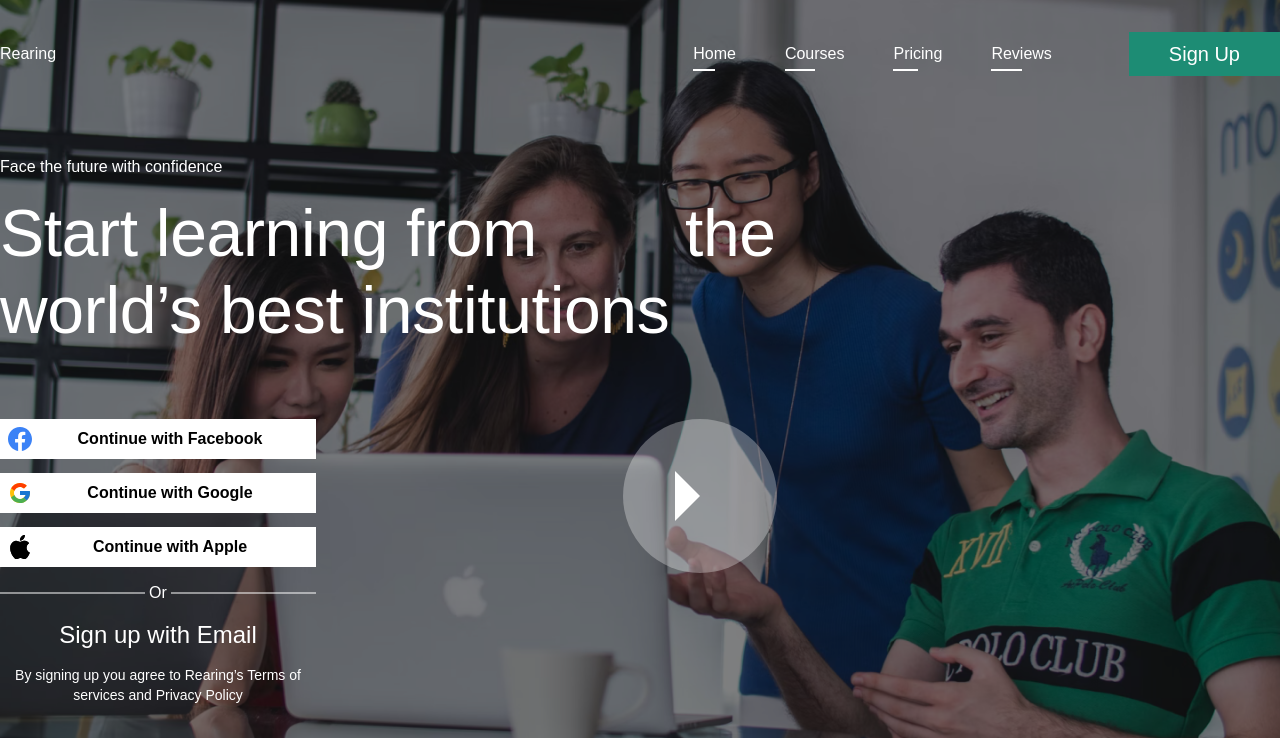
Repository: vandangnhathung/educationplatform
Page: /
The author's editor kept a copy of each file at every save. The page is drawn from the files as they stood at one save, then again after the next save.
The browser window is 1280 px wide. The pictures show the whole page.
The project was rebuilt for these pictures with package versions that can differ from the ones it lists, and the page was loaded fresh each time.

Above is the page before, as saved 2022-06-21 00:14:43.

### src/index.js
import React from "react";
import ReactDOM from "react-dom/client";
import App from "./App";
import reportWebVitals from "./reportWebVitals";
import "./index.css";
const root = ReactDOM.createRoot(document.getElementById("root"));
root.render(
  <React.StrictMode>
    <App />
  </React.StrictMode>
);

// If you want to start measuring performance in your app, pass a function
// to log results (for example: reportWebVitals(console.log))
// or send to an analytics endpoint. Learn more: https://bit.ly/CRA-vitals
reportWebVitals();

### src/App.js
import Header from "./components/Header";

function App() {
  return (
    <>
      <Header></Header>
    </>
  );
}

export default App;

### src/index.css
@tailwind base;
@tailwind components;
@tailwind utilities;
@import url("https://fonts.googleapis.com/css2?family=Urbanist:wght@100;200;300;400;500;600;700;800&display=swap");
*,
*::before,
*::after {
  box-sizing: border-box;
}
* {
  margin: 0;
  padding: 0;
}

html,
body {
  height: 100%;
}
body {
  line-height: 1.5;
  font-family: "Urbanist", sans-serif;
}

img,
picture,
video,
canvas,
svg {
  display: block;
  max-width: 100%;
}
input,
button,
textarea,
select {
  font: inherit;
  outline: none;
}
p,
h1,
h2,
h3,
h4,
h5,
h6 {
  overflow-wrap: break-word;
}

.container {
  max-width: 1280px;
  margin: 0 auto;
  width: 100%;
}

.active {
  position: relative;
}

.active::before {
  content: "";
  display: block;
  position: absolute;
  bottom: -5px;
  width: 50%;
  padding: 1px;
  left: 0;
  background-color: #fff;
}

### src/components/Header.js
import React, { useEffect } from "react";
import headerImg from "../images/Images.png";
import SignInSocial from "./button/SignInSocial";
import { FcGoogle } from "react-icons/fc";
import { BsApple } from "react-icons/bs";
import styled from "styled-components";

const HeaderStyles = styled.header`
  .text-or {
    color: white;
    position: relative;
    &:before {
      content: "";
      height: 1px;
      width: calc(50% - 13px);
      background-color: white;
      position: absolute;
      top: 50%;
      transform: translateY(-50%);
      right: 0;
    }
    &:after {
      content: "";
      height: 1px;
      width: calc(50% - 13px);
      background-color: white;
      position: absolute;
      top: 50%;
      transform: translateY(-50%);
      left: 0;
    }
  }
`;
const Header = () => {
  const headerNav = [
    {
      id: 1,
      title: "Home",
    },
    {
      id: 2,
      title: "Courses",
    },
    {
      id: 3,
      title: "Pricing",
    },
    {
      id: 4,
      title: "Reviews",
    },
  ];
  return (
    <HeaderStyles>
      <div className="relative">
        <img src={headerImg} alt="header_img" className="w-full" />
        <div className="absolute inset-0 bg-black opacity-50"></div>
        <div class="absolute top-0  left-0 right-0 ">
          <div class="container">
            <div className="pt-8 mb-[79px] header-top text-white flex items-center justify-between">
              <h1 className="">Rearing</h1>
              <div className="flex items-center">
                <nav className="mr-[77px]">
                  <ul className="flex items-center  gap-x-[49px] ">
                    {headerNav.map((item) => (
                      <li className="active cursor-pointer" key={item.id}>
                        {item.title}
                      </li>
                    ))}
                  </ul>
                </nav>
                <button className="py-2 px-10 bg-[#1D8C74] text-white text-xl ">
                  Sign Up
                </button>
              </div>
            </div>

            <div className="slogan text-white mb-[70px]">
              <h3 className="text-base mb-4">
                Face the future with confidence
              </h3>
              <h1 className="desc max-w-[777px] text-[66px] leading-[77px] w-full tracking-[-0.02rem] font-medium">
                Start learning from{" "}
                <span className="inline-block mr-28 "></span>{" "}
                <p className="inline-block">the</p> world’s best institutions
              </h1>
            </div>

            <div class="flex items-start">
              <div className="signup max-w-[316px] text-center mr-[307px]">
                <SignInSocial name="Facebook"></SignInSocial>
                <SignInSocial
                  name="Google"
                  icon={<FcGoogle></FcGoogle>}
                ></SignInSocial>
                <SignInSocial
                  name="Apple"
                  icon={<BsApple style={{ color: "#000" }}></BsApple>}
                ></SignInSocial>
                <p className="text-or mb-[14px] ">Or</p>
                <div class="text-center text-white flex flex-col gap-y-[14px]">
                  <p className="text-2xl">Sign up with Email</p>
                  <p className="text-sm">
                    By signing up you agree to Rearing’s Terms of services and
                    Privacy Policy{" "}
                  </p>
                </div>
              </div>
              <div className="play cursor-pointer">
                <div className="w-[154px] h-[154px] rounded-full bg-[#fff]/[0.3] hover:bg-[#ccc]/[1] transition-all duration-400 ease-linear relative">
                  <div className="play absolute w-[50px] h-[50px] border-[25px] border-transparent border-l-white top-1/2 -translate-y-1/2 left-1/2 -translate-x-1/2"></div>
                </div>
              </div>
            </div>
          </div>
        </div>
      </div>
    </HeaderStyles>
  );
};

export default Header;

### src/components/button/SignInSocial.js
import React from "react";
import styled from "styled-components";
import { BsFacebook } from "react-icons/bs";

const SignInSocialStyles = styled.div`
  display: flex;
  align-items: center;
  padding: 8px;
  background-color: #fff;
  max-width: 316px;
  width: 100%;
  font-size: 16px;
  font-weight: 600;
  cursor: pointer;
  margin-bottom: 14px;
`;
const SignInSocial = ({ name = "", icon = <BsFacebook></BsFacebook> }) => {
  return (
    <SignInSocialStyles>
      <span className="inline-block text-blue-500 text-2xl">{icon}</span>
      <p className="m-auto">Continue with {name}</p>
    </SignInSocialStyles>
  );
};

export default SignInSocial;

Loaded but not shown: public/index.html (common file); src/reportWebVitals.js (common file); tailwind.config.js (common file)

After the next save:
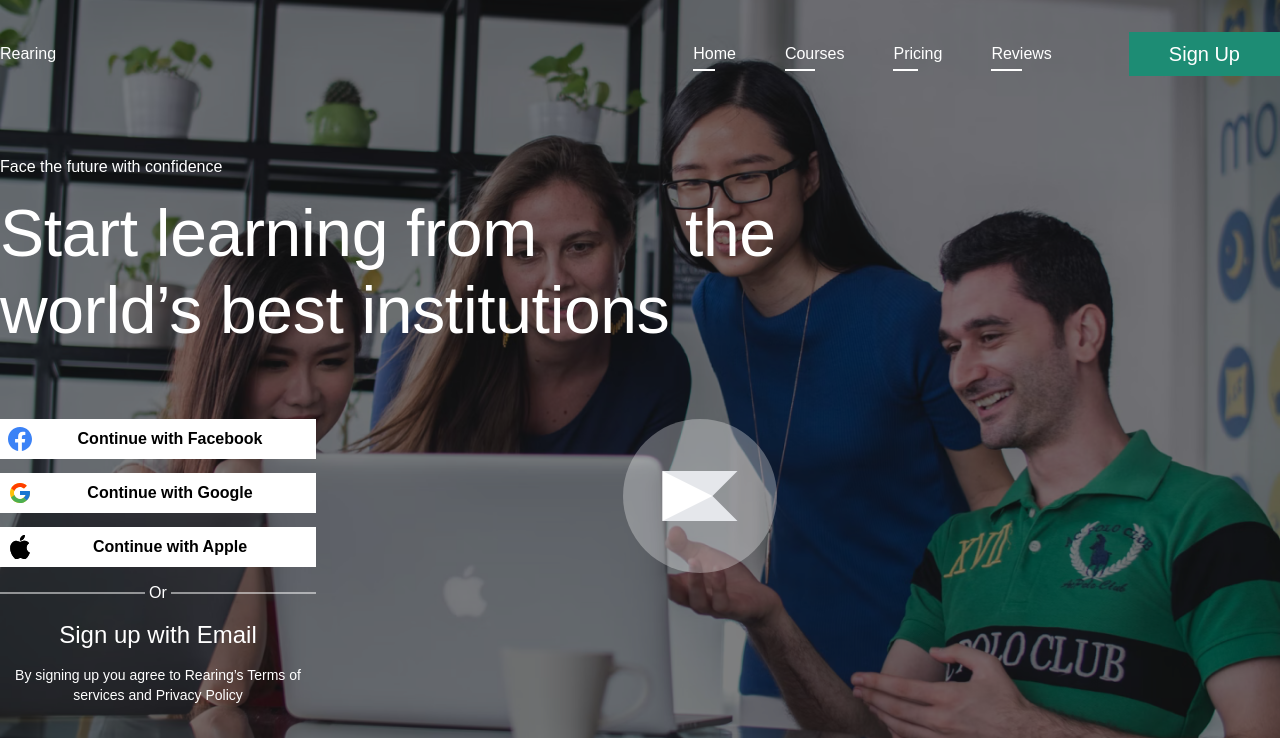
Saved 65 s later.
--- a/src/components/Header.js
+++ b/src/components/Header.js
@@ -108,7 +108,7 @@ const Header = () => {
               </div>
               <div className="play cursor-pointer">
                 <div className="w-[154px] h-[154px] rounded-full bg-[#fff]/[0.3] hover:bg-[#ccc]/[1] transition-all duration-400 ease-linear relative">
-                  <div className="play absolute w-[50px] h-[50px] border-[25px] border-transparent border-l-white top-1/2 -translate-y-1/2 left-1/2 -translate-x-1/2"></div>
+                  <div className="play absolute w-[50px] h-[50px] border-[25px] border-x-transparent border-l-white border-l-[50px] top-1/2 -translate-y-1/2 left-1/2 -translate-x-1/2"></div>
                 </div>
               </div>
             </div>
